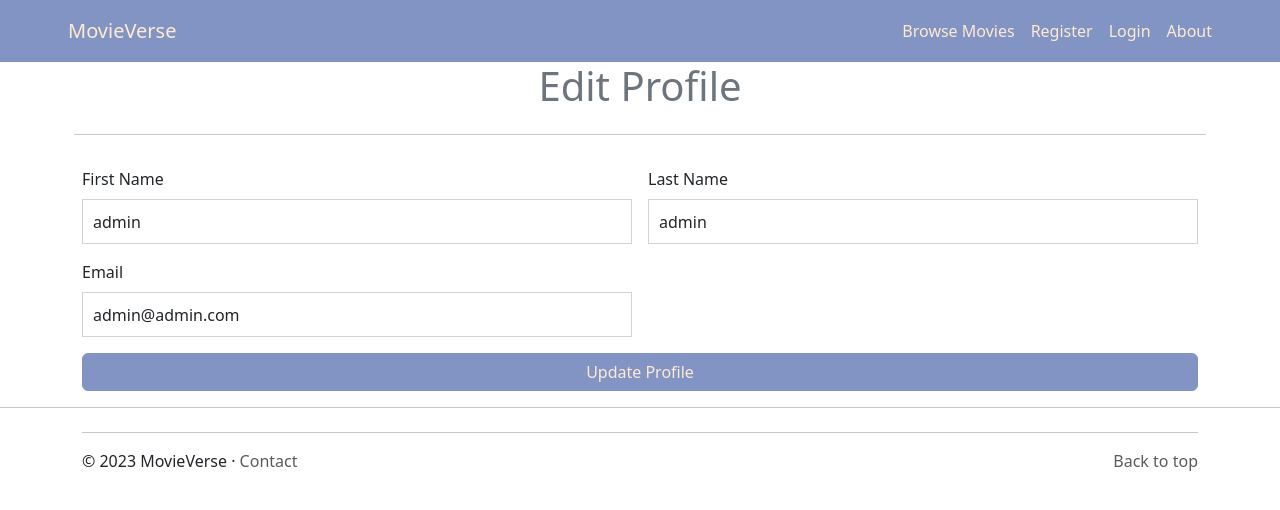
Repository: rafaelasantana/MovieVerse
Page: http://localhost/editProfile.php
These files come from the project's save history. The page is drawn as it stood at one moment and after the next save; the edit follows.
The browser window is 1280 px wide. The pictures show the whole page.
Some web libraries are served in a nearby version. The page is run by PHP 8.4 with error messages shown; the project is at /var/www/html/. The session is filled in as if someone had signed in: {"username": "admin", "role": 1, "status": 1, "id": 1}. The database holds what the project's SQL file puts in it.

Above is the page before, as saved 2023-06-10 21:50:41.
Console error: TypeError: Cannot read properties of undefined (reading 'keyboard')

After the next save:
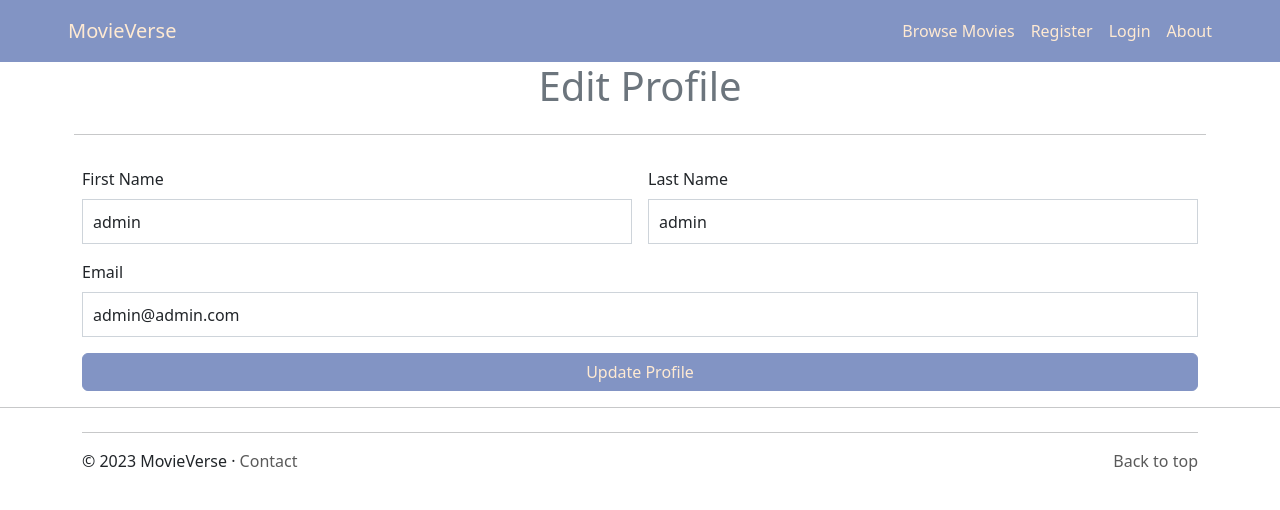
Saved 48 s later.
--- a/MovieVerse/editProfile.php
+++ b/MovieVerse/editProfile.php
@@ -107,7 +107,7 @@ if ($_SERVER['REQUEST_METHOD'] == 'POST') {
       </div>
     </div>
 
-    <div class="col-md-6">
+    <div class="col-md-12">
       <label for="validationCustom04" class="form-label">Email</label>
       <input type="email" class="form-control" value="<?php echo $user['email']; ?>" id="validationCustom04" name="email" required>
       <div class="invalid-feedback">
